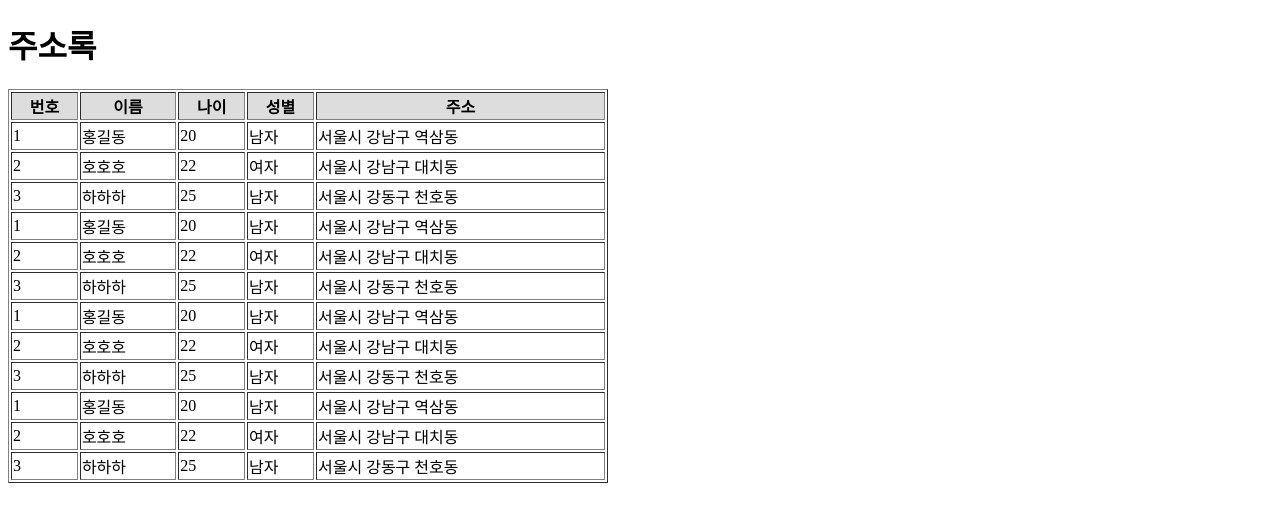
Repository: chanjin5212/Full-Stack-study
Page: client/ClientTest/src/main/webapp/html/ex16_table.html
These files come from the project's save history. The page is drawn as it stood at one moment and after the next save; the edit follows.
The browser window is 1280 px wide. The pictures show the whole page.

Above is the page before, as saved 2022-05-24 07:00:36.

After the next save:
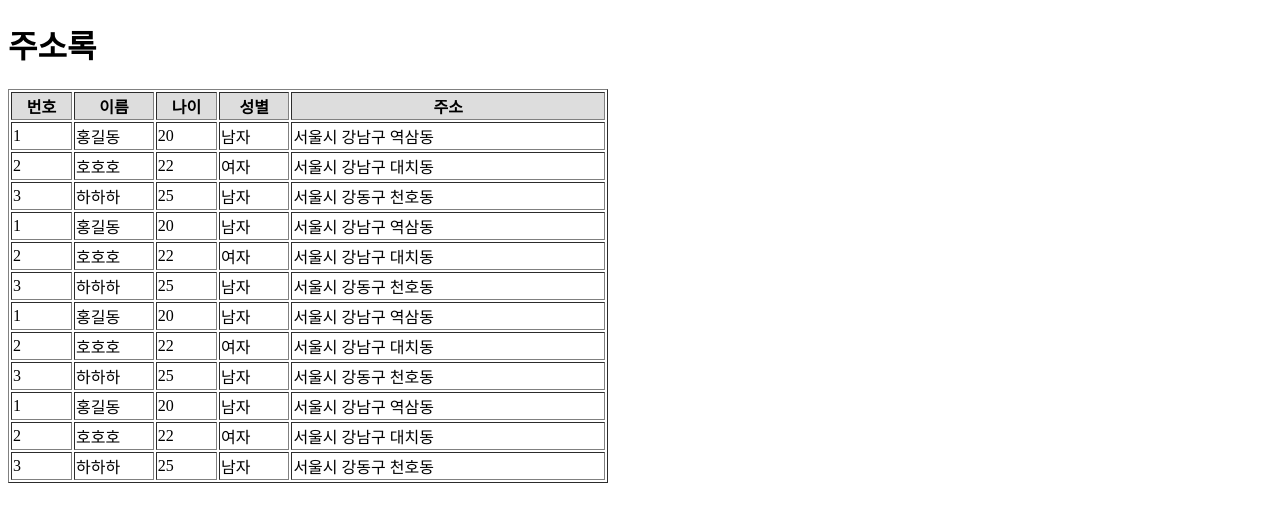
Saved 80 s later.
--- a/client/ClientTest/src/main/webapp/html/ex16_table.html
+++ b/client/ClientTest/src/main/webapp/html/ex16_table.html
@@ -28,11 +28,11 @@
 		</tr>
 		-->
 		<tr bgcolor="#DDDDDD">
-			<th>번호</th>
-			<th>이름</th>
-			<th>나이</th>
-			<th>성별</th>
-			<th>주소</th>
+			<th width="60">번호</th>
+			<th width="80">이름</th>
+			<th width="60">나이</th>
+			<th width="70">성별</th>
+			<th width="330">주소</th>
 		</tr>
 		<tr>
 			<td>1</td>
